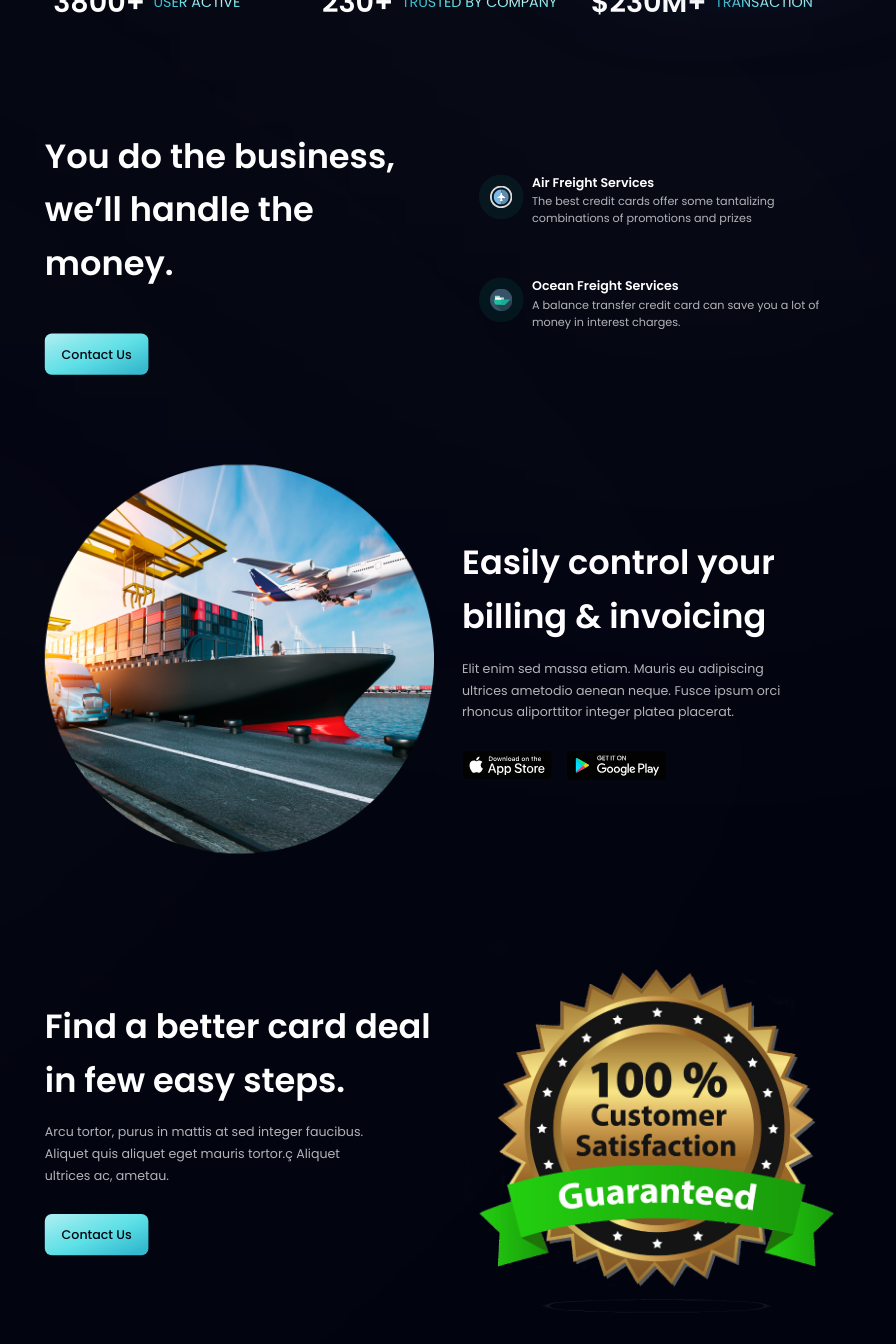
Repository: Miracleoluebube/captionlogistics
Page: /
An editor plug-in stored every save of this project. The page is shown before and after a run of saves, followed by the edit.
The browser window is 1280 px wide. The pictures show the part of the page from y = 1205 to 3125 px (the page is 5286 px tall before and 5317 px after), at 70% of full size.
The project was rebuilt for these pictures with package versions that can differ from the ones it lists, and the page was loaded fresh each time. Also part of the build but not shown: vite.config.js.

Above is the page before, as saved 2022-10-02 12:42:48.

After the next 3 saves:
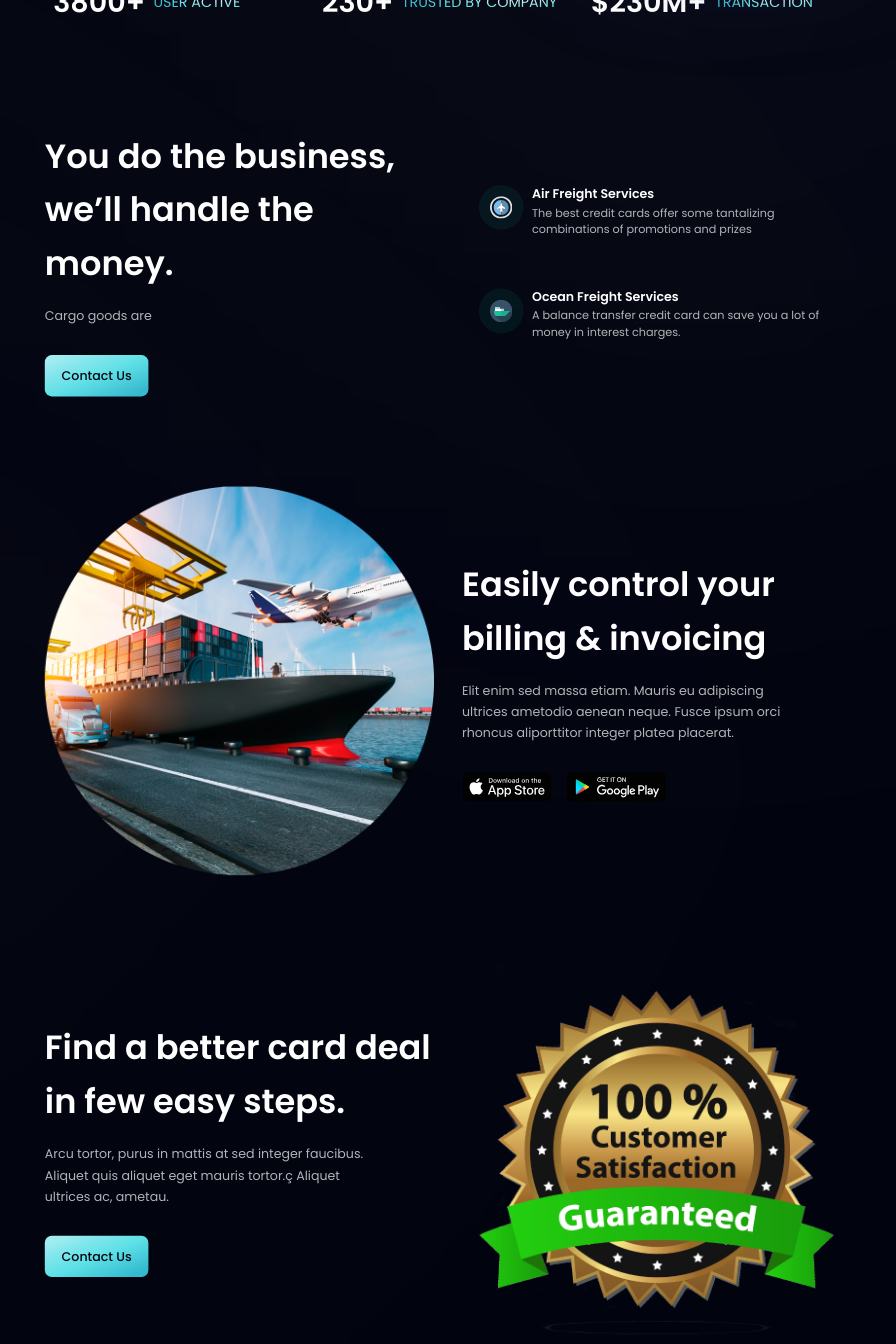
The 3 saves are shown as one change because they came seconds apart.
The last was saved 25 s later.
--- a/src/components/Business.jsx
+++ b/src/components/Business.jsx
@@ -26,7 +26,7 @@
         the money.
       </h2>
       <p className={`${styles.paragraph} max-w-[470px] mt-5`}>
-
+        Cargo goods are
       </p>
 
       <Button styles={`mt-10`} />
